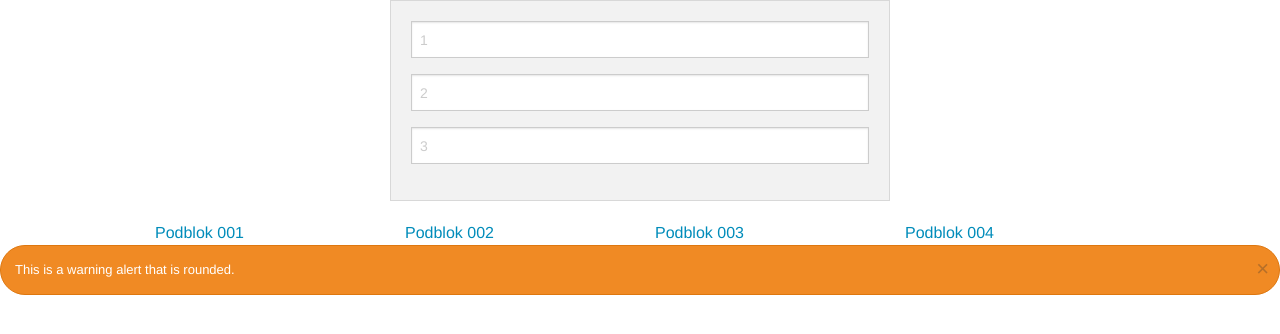
Repository: binczyk/RepoComarch
Page: strona/WebContent/foundation-5.5.2/exercise2.html
The author's editor kept a copy of each file at every save. The page is drawn from the files as they stood at one save, then again after a run of saves.
The browser window is 1280 px wide. The pictures show the whole page.

Above is the page before, as saved 2015-07-14 07:52:44.

After the next 2 saves:
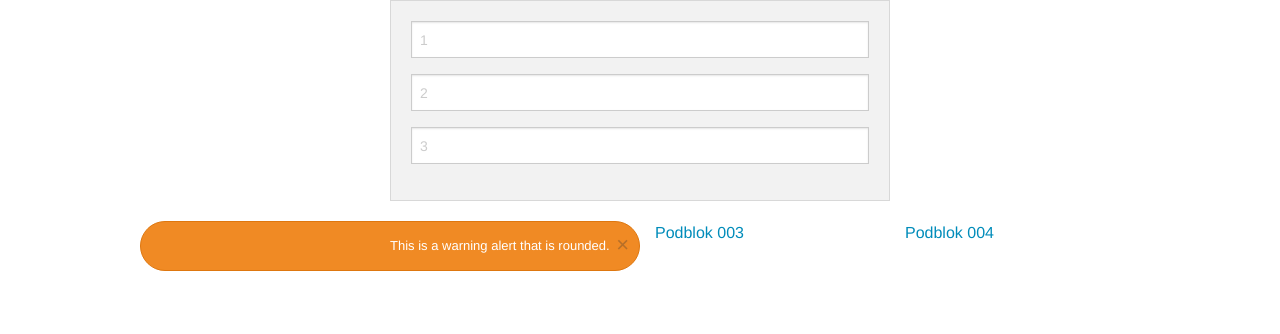
The 2 saves are shown as one change because they came seconds apart.
The last was saved 37 s later.
--- a/strona/WebContent/foundation-5.5.2/exercise2.html
+++ b/strona/WebContent/foundation-5.5.2/exercise2.html
@@ -1,55 +1,62 @@
 <!DOCTYPE html>
 <html>
 <head>
-	<meta charset="utf-8">
-	<meta http-equiv="X-UA-Compatible" content="IE=edge">
-	<link rel="stylesheet" href="css/foundation.css" />
-	<script src="js/vendor/modernizr.js"></script>
-	<title>Exercise 2 - Comarch</title>
+<meta charset="utf-8">
+<meta http-equiv="X-UA-Compatible" content="IE=edge">
+<link rel="stylesheet" href="css/foundation.css" />
+<script src="js/vendor/modernizr.js"></script>
+<title>Exercise 2 - Comarch</title>
 </head>
 <body>
 	<div class="row">
-		<div class="small-12 columns" >
+		<div class="small-12 columns">
 			<div class="row">
 				<div class="small-6 columns small-centered panel">
 					<form action="" method="post">
-						<input data-reveal-id="myModal" type="text" placeholder="1" >
-						<input type="text" placeholder="2">
-						<input type="text" placeholder="3">
+						<input data-reveal-id="myModal" type="text" placeholder="1">
+						<input type="text" placeholder="2"> <input type="text"
+							placeholder="3">
 					</form>
 				</div>
 			</div>
 		</div>
 		<div class="small-6 columns">
 			<div class="row">
-				<div class="small-6 columns"><a href="#">Podblok 001</a></div>
-				<div class="small-6 columns"><a href="#">Podblok 002</a></div>
+				<div class="small-6 columns">
+					<a href="#">Podblok 001</a>
+				</div>
+				<div data-alert class="alert-box warning round">
+					This is a warning alert that is rounded. <a href="#" class="close">&times;</a>
+				</div>
 			</div>
 		</div>
 		<div class="small-6 columns">
 			<div class="row">
-				<div class="small-6 columns"><a href="#">Podblok 003</a></div>
-				<div class="small-6 columns"><a href="#">Podblok 004</a></div>
+				<div class="small-6 columns">
+					<a href="#">Podblok 003</a>
+				</div>
+				<div class="small-6 columns">
+					<a href="#">Podblok 004</a>
+				</div>
 			</div>
 		</div>
 	</div>
 
-	<div id="myModal" class="reveal-modal" data-reveal aria-labelledby="modalTitle" aria-hidden="true" role="dialog">
-  <h2 id="modalTitle">Awesome. I have it.</h2>
-  <p class="lead">Your couch.  It is mine.</p>
-  <p>I'm a cool paragraph that lives inside of an even cooler modal. Wins!</p>
-  <a class="close-reveal-modal" aria-label="Close">&#215;</a>
-</div>
+	<div id="myModal" class="reveal-modal" data-reveal
+		aria-labelledby="modalTitle" aria-hidden="true" role="dialog">
+		<h2 id="modalTitle">Awesome. I have it.</h2>
+		<p class="lead">Your couch. It is mine.</p>
+		<p>I'm a cool paragraph that lives inside of an even cooler modal.
+			Wins!</p>
+		<a class="close-reveal-modal" aria-label="Close">&#215;</a>
+	</div>
 
-<div data-alert class="alert-box warning round">
-  This is a warning alert that is rounded.
-  <a href="#" class="close">&times;</a>
-</div>
+
 
 	<script src="js/vendor/jquery.js"></script>
-    <script src="js/foundation.min.js"></script>
-    <script>
-      $(document).foundation();
-    </script>
+	<script src="js/foundation.min.js"></script>
+	<script>
+		$(document).foundation();
+	</script>
 </body>
 </html>
